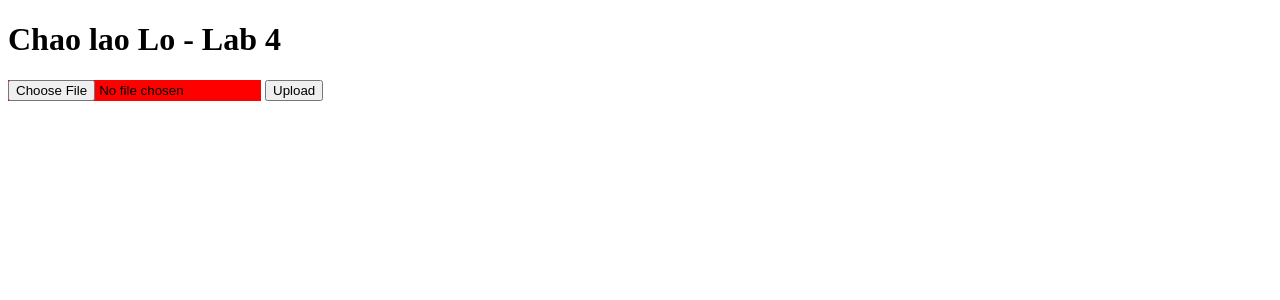
Repository: chaolaolo/Lab3_PH45308
Page: src/upload.html
The author's editor kept a copy of each file at every save. The page is drawn from the files as they stood at one save, then again after the next save.
The browser window is 1280 px wide. The pictures show the whole page.

Above is the page before, as saved 2024-07-17 19:08:54.

After the next save:
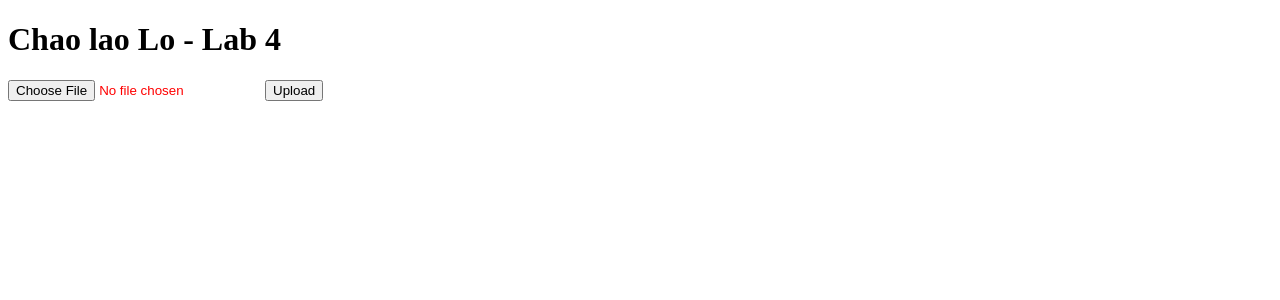
Saved 38 s later.
--- a/src/upload.html
+++ b/src/upload.html
@@ -9,7 +9,7 @@
     <h1>Chao lao Lo - Lab 4</h1>
     <form action="/uploadfile" method="post" enctype="multipart/form-data">
         <input
-        style="background-color: red;"
+        style="color: red;"
         type="file" name="myFile" id="" accept="image/*">
         <input type="submit" value="Upload">
     </form>
